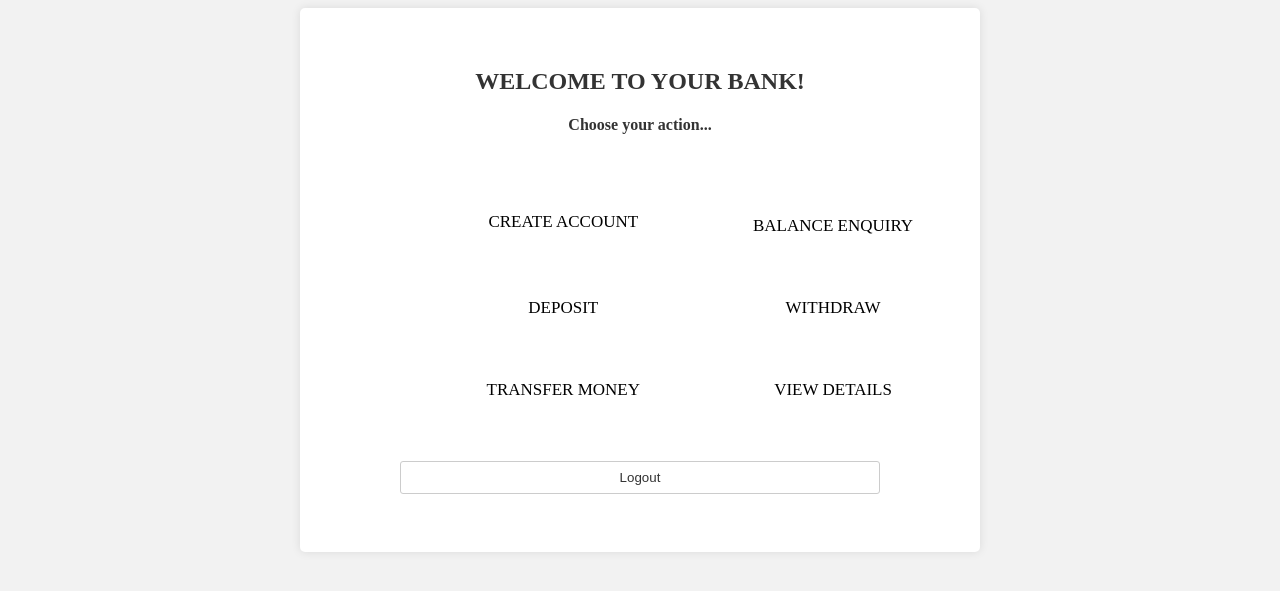
Repository: mansistic-0n3/Java_IGT
Page: Java Project/BankServlet/src/main/webapp/Home.html
The author's editor kept a copy of each file at every save. The page is drawn from the files as they stood at one save, then again after the next save.
The browser window is 1280 px wide. The pictures show the whole page.

Above is the page before, as saved 2023-07-03 06:30:19.

### Java Project/BankServlet/src/main/webapp/Home.html
<!DOCTYPE html>
<html>
<head>
  <title>BANK</title>
   <!--<style>
 .button{
  width: 100%;
  padding: 10px;
  border-radius: 3px;
  border: none;
  background-color: #AEC6CF;
  color: #ffffff;
  cursor: pointer;
 }
 .button:hover {
      transform: scale(1.2);
    }
  </style>-->
  <style>
  .btn {
 position: relative;
 font-size: 17px;
 text-transform: uppercase;
 text-decoration: none;
 padding: 1em 2.5em;
 display: inline-block;
 border-radius: 6em;
 transition: all .2s;
 border: none;
 font-family: inherit;
 font-weight: 500;
 color: black;
 background-color: white;
}

.btn:hover {
 transform: translateY(-3px);
 box-shadow: 0 10px 20px rgba(0, 0, 0, 0.2);
}

.btn:active {
 transform: translateY(-1px);
 box-shadow: 0 5px 10px rgba(0, 0, 0, 0.2);
}

.btn::after {
 content: "";
 display: inline-block;
 height: 100%;
 width: 100%;
 border-radius: 100px;
 position: absolute;
 top: 0;
 left: 0;
 z-index: -1;
 transition: all .4s;
}

.btn::after {
 background-color: #fff;
}

.btn:hover::after {
 transform: scaleX(1.4) scaleY(1.6);
 opacity: 0;
}
  </style>
</head>
<body style="background-color: #f2f2f2; text-align:center;">
<div style="max-width: 600px; margin: 0 auto; padding: 40px; background-color: #ffffff; border-radius: 5px; box-shadow: 0 0 10px rgba(0, 0, 0, 0.1);">
 <h2 style="text-align: center; color: #333333;">WELCOME TO YOUR BANK!</h2>
 <h4 style="text-align: center; color: #333333;">Choose your action...</h4>
  <div style="display: grid; grid-template-columns: repeat(2, 1fr); gap: 20px; max-width: 400px; margin: 0 auto; padding: 40px;">
   <form action="create.html"> <div style="text-align: center;">
      <input type="submit" value = "CREATE ACCOUNT" class="btn">
    </div></form>
    <form action="Bal.html"> <div style="text-align: center;padding:4px;">
      <input type="submit" value = "BALANCE ENQUIRY" class="btn">
    </div></form>
   <form action="Deposit.html"> <div style="text-align: center;padding:4px;">
      <input type="submit" value = "DEPOSIT" class="btn">
    </div></form>
    <form action="Withdraw.html"> <div style="text-align: center; padding:4px;">
      <input type="submit" value = "WITHDRAW" class="btn">
    </div></form>
     <form action="transfer.html"> <div style="text-align: center; padding:4px;">
      <input type="submit" value = "TRANSFER MONEY" class="btn">
    </div></form>
    <form action="detail.html"> <div style="text-align: center; padding:4px;">
      <input type="submit" value = "VIEW DETAILS" class="btn">
    </div></form>
  </div>

      <form action="login.html">
        <input type="submit" value="Logout" style="width: 80%; padding: 8px; border-radius: 3px; border: 1px solid #cccccc; background-color: #ffffff; color: #333333; cursor: pointer;">
      <br><br></form></div>
</body>
</html>

After the next save:
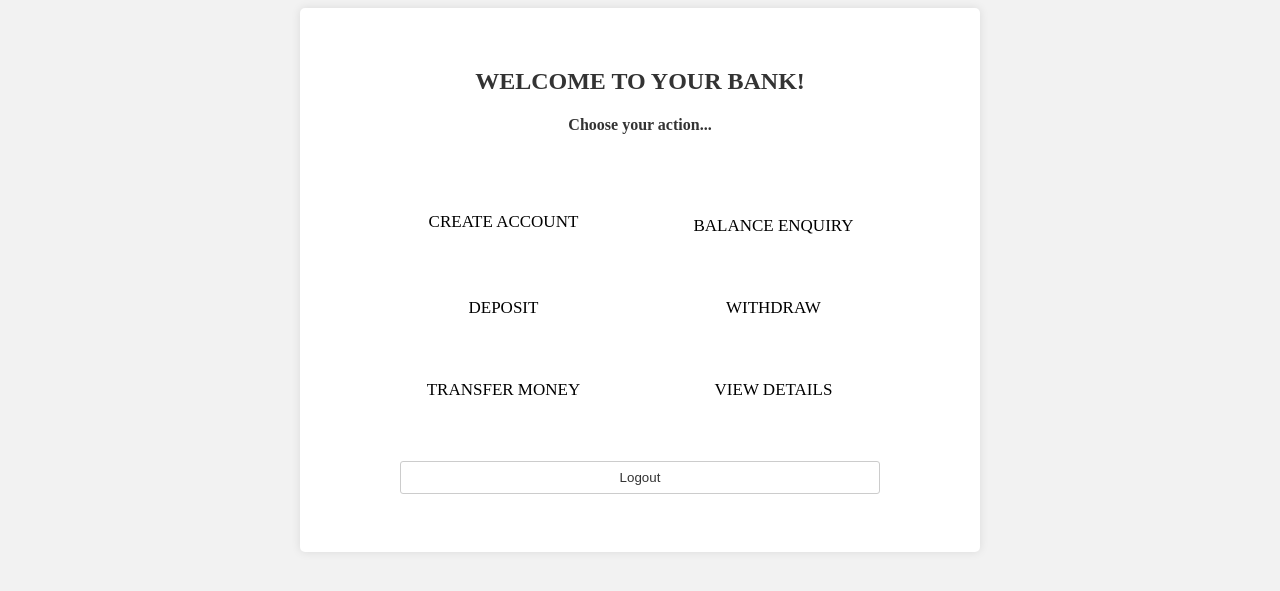
Saved 28 s later.
--- a/Java Project/BankServlet/src/main/webapp/Home.html
+++ b/Java Project/BankServlet/src/main/webapp/Home.html
@@ -70,7 +70,7 @@
 <div style="max-width: 600px; margin: 0 auto; padding: 40px; background-color: #ffffff; border-radius: 5px; box-shadow: 0 0 10px rgba(0, 0, 0, 0.1);">
  <h2 style="text-align: center; color: #333333;">WELCOME TO YOUR BANK!</h2>
  <h4 style="text-align: center; color: #333333;">Choose your action...</h4>
-  <div style="display: grid; grid-template-columns: repeat(2, 1fr); gap: 20px; max-width: 400px; margin: 0 auto; padding: 40px;">
+  <div style="display: grid; grid-template-columns: repeat(2, 1fr); gap: 20px; max-width: 600px; margin: 0 auto; padding: 40px;">
    <form action="create.html"> <div style="text-align: center;">
       <input type="submit" value = "CREATE ACCOUNT" class="btn">
     </div></form>
